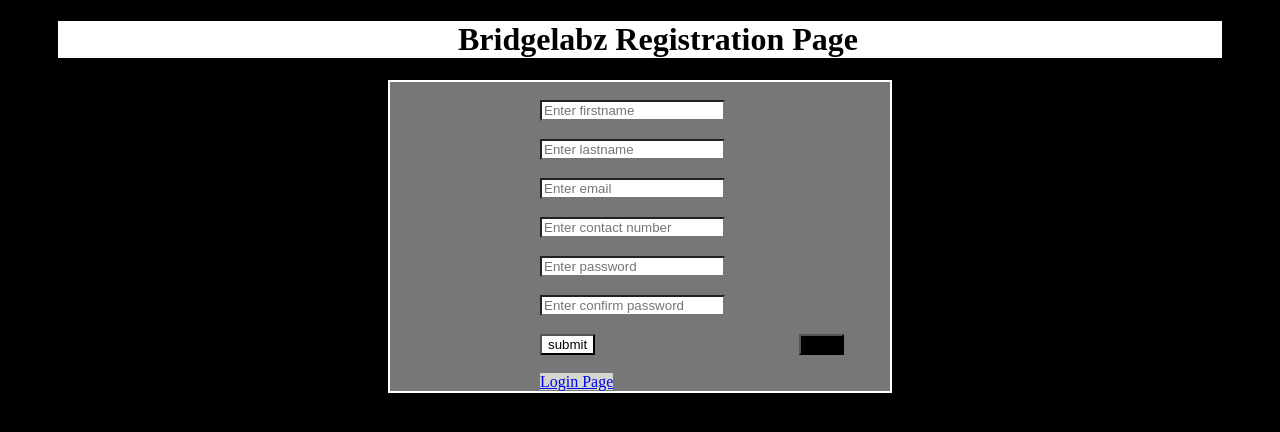
Repository: MarkFernandes11/Advanced-Java
Page: http://localhost/Login/register.jsp
The author's editor kept a copy of each file at every save. The page is drawn from the files as they stood at one save, then again after the next save.
The browser window is 1280 px wide. The pictures show the whole page.
The page is served by Tomcat 9. Other server files are loaded and not shown.

Above is the page before, as saved 2019-09-26 11:01:14.

### Login/WebContent/register.jsp
<%@ page language="java" contentType="text/html; charset=UTF-8"
    pageEncoding="UTF-8"%>
<!DOCTYPE html>
<html>
<head>
<meta charset="UTF-8">
<title>Registration Page</title>
<link rel="stylesheet" type="text/css" href="stylesheet.css">
</head>
<body>

	<header>
			<h1>Bridgelabz Registration Page</h1>
	</header>
	<form action="RegistrationServlet" method = "post">
		<br>
		<input type="text" placeholder="Enter firstname" name="firstname" required>
		<!--pattern="^A-Za-z$"-->
		<br><br>
		<input type="text" placeholder="Enter lastname" name="lastname">
		<br><br>
		<input type="email" placeholder="Enter email" name="email" required>
		<br><br>
		<input type="number" placeholder="Enter contact number" name="contactNumber" required>
		<br><br>
		<input type="password" placeholder="Enter password" name="password" required>
		<br><br>
		<input type="password" placeholder="Enter confirm password" name="confirmPassword" required>
		<br><br>
		<input type="submit" value = "submit"> <input class="clear" type="reset" value = "clear">
		<br><br>
		<a href="login.jsp">Login Page</a>
	</form>

</body>
</html>

### Login/WebContent/stylesheet.css
@charset "UTF-8";

*{
	background-color: #000;
}

body{

}

form{
	border: 2px solid #fff;
	background-color: #777;
	width: 500px;
	margin-left: auto;
	margin-right: auto;
}

header{
	margin-left: auto;
	margin-right: auto;
}

h1{

	background-color: #fff;
	padding-left: 400px;
	padding-right: auto;
	margin-left: 50px;
	margin-right: 50px;
}

input {
	background-color: #fff;
	margin-left: 150px;
}

.clear {
	background-color: #000;
	margin-left: 200px;
}

a{
	background-color: #d3d7cf;
	margin-left: 150px;

}

After the next save:
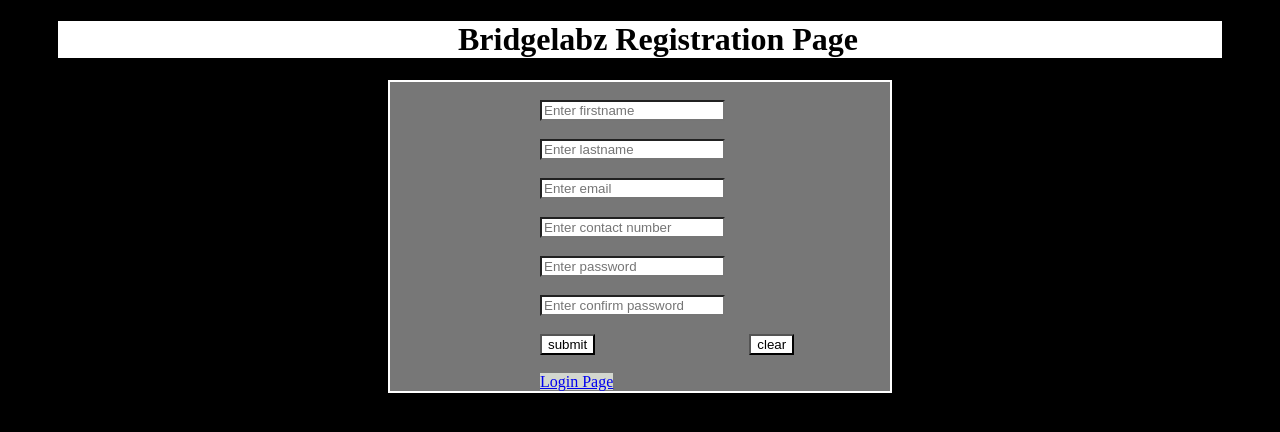
Saved 10 min 12 s later.
--- a/Login/WebContent/register.jsp
+++ b/Login/WebContent/register.jsp
@@ -27,7 +27,7 @@
 		<br><br>
 		<input type="password" placeholder="Enter confirm password" name="confirmPassword" required>
 		<br><br>
-		<input type="submit" value = "submit"> <input class="clear" type="reset" value = "clear">
+		<input type="submit" value = "submit"> <input class="button" type="reset" value = "clear">
 		<br><br>
 		<a href="login.jsp">Login Page</a>
 	</form>

After the save that followed:
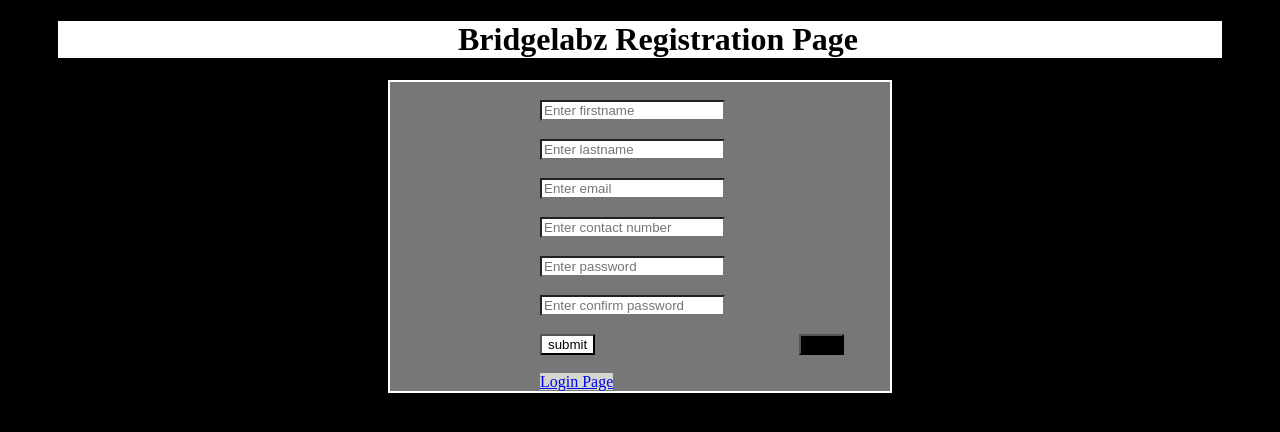
Saved 21 s later.
--- a/Login/WebContent/stylesheet.css
+++ b/Login/WebContent/stylesheet.css
@@ -35,7 +35,7 @@
 	margin-left: 150px;
 }
 
-.clear {
+.button {
 	background-color: #000;
 	margin-left: 200px;
 }
